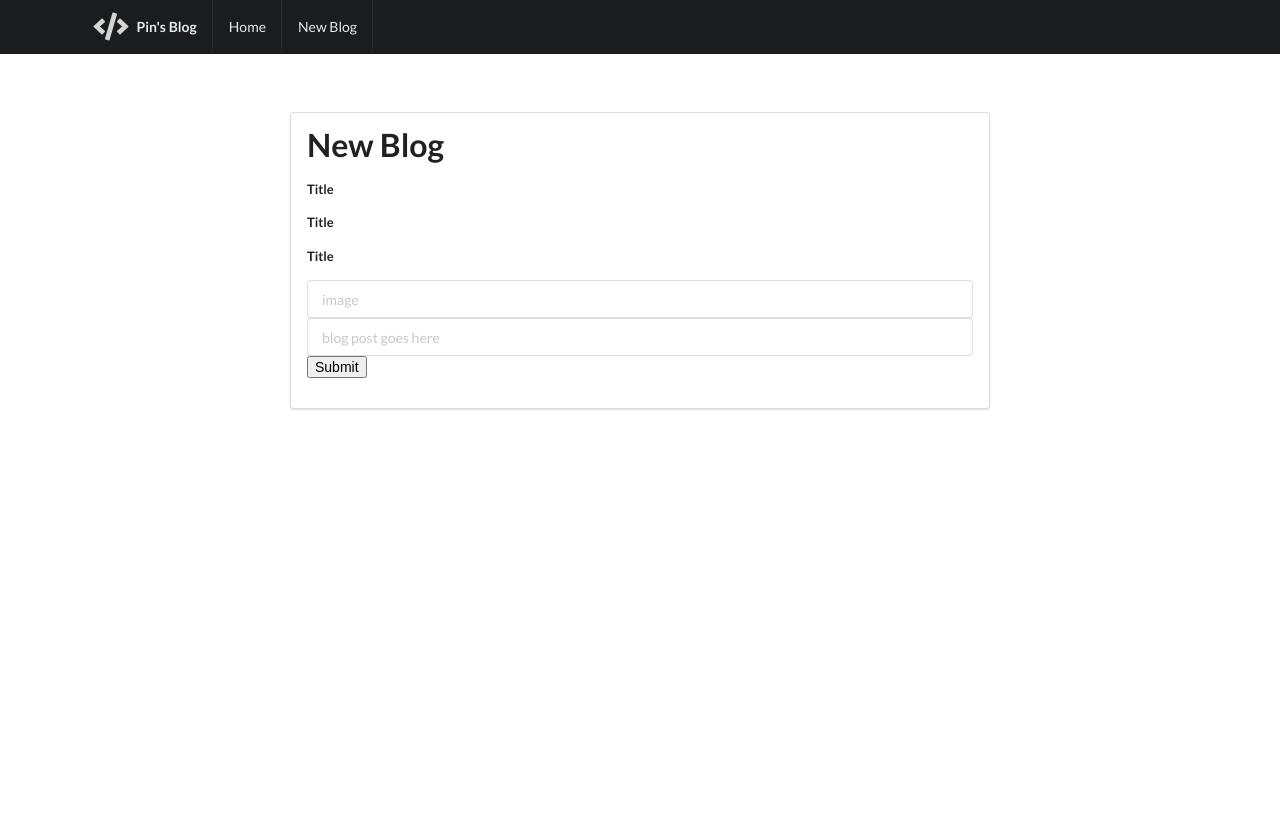
Repository: pichu0528/Web-Development
Page: http://localhost/blogs/new
The author's editor kept a record of every edit. The page is drawn from the files as they stood at one moment, then again after the next edit.
The browser window is 1280 px wide. The pictures show the whole page.
Some web libraries are served in a nearby version. The page is served by the project's Node server (RESTful Routing/RESTfulBlogApp/app.js).

Above is the page before.

### RESTful Routing/RESTfulBlogApp/views/new.ejs
<% include ./partials/header %>
<div class="ui main text container segment">
    <div class="ui huge header">New Blog</div>
    <form class="ui form" action="/blogs" method="POST">
        <div class="field">
            <label>Title</label>

        </div>
        <div class="field">
            <label>Title</label>

        </div>
        <div class="field">
            <label>Title</label>

        </div>

        <input type="text" name="blog[image]" placeholder="image">
        <input type="text" name="blog[body]" placeholder="blog post goes here">
        <input type="submit">
    </form>
</div>
<% include ./partials/footer %>

### RESTful Routing/RESTfulBlogApp/views/partials/header.ejs
<html>
    <head>
        <title>Blog App</title>
        <link rel="stylesheet" type="text/css" href="https://cdnjs.cloudflare.com/ajax/libs/semantic-ui/2.1.4/semantic.min.css">
        <link rel="stylesheet" type="text/css" href="/stylesheets/app.css">
    </head>
    <body>
        <div class="ui fixed inverted menu">
            <div class="ui container">
                <div class="header item">
                    <i class="code icon"></i>Pin's Blog
                </div>
                <a href="/" class="item">Home</a>
                <a href="/blogs/new" class="item">New Blog</a>
            </div>
        </div>

### RESTful Routing/RESTfulBlogApp/app.js
var express        = require("express"),
    app            = express(),
    bodyParser     = require("body-parser"),
    mongoose       = require("mongoose"),
    methodOverride = require("method-override");

// APP CONFIG
mongoose.connect("mongodb://localhost:27017/restful_blog_app",{ useNewUrlParser: true });
app.set("view engine", "ejs");
app.use(express.static("public"));
app.use(bodyParser.urlencoded({extended: true}));
app.use(methodOverride("_method"));  //use it to override the put request because HTML form doesn't support the put request.

// MONGOOSE/MODEL CONFIG
// title, image, body, created
var blogSchema = new mongoose.Schema({
    title:   String,
    image:   String,
    body:    String,
    created: {type: Date, default: Date.now}
});
var Blog = mongoose.model("Blog", blogSchema);

// CREATE AN EXAMPLE BLOG
// Blog.create({
//     title: "Test Blog",
//     image: "https://s3.amazonaws.com/aws.astronomy.com/ASY/image/a1.jpg",
//     body: "This is a blog post!"
// });

// RESTFUL ROUTES
app.get("/", function(req,res){
    res.redirect("/blogs");
});

// INDEX ROUTE
app.get("/blogs", function(req,res){
    Blog.find({}, function(err,blogs){
       if(err){
           console.log(err);
       } else{
           res.render("index", {blogs: blogs});
       }
    });
});

// NEW ROUTE
app.get("/blogs/new", function(req,res){
    res.render("new");
});
// CREATE ROUTE
app.post("/blogs", function(req,res){
    // create blog
    Blog.create(req.body.blog, function(err, newBlog){
        if(err){
            res.render("new");
        }else{
            // then, redirect to the index
            res.redirect("/blogs");
        }
    });
});

// SHOW ROUTE
app.get("/blogs/:id", function(req,res){
    Blog.findById(req.params.id,function(err,foundBlog){
        if(err){
            res.redirect("/blogs");
        }else{
            res.render("show",{ blog: foundBlog });
        }
    });
});

// EDIT ROUTE
app.get("/blogs/:id/edit", function(req,res){
    Blog.findById(req.params.id, function(err,foundBlog){
       if(err){
           res.redirect("/blogs");
       } else{
           res.render("edit", { blog: foundBlog });
       }
    });
});

// UPDATE ROUTE
app.put("/blogs/:id", function(req,res){
    //res.render("");
    //res.send("update route");
    Blog.findByIdAndUpdate(req.params.id, req.body.blog, function(err,updatedBlog){
        if(err){
            res.redirect("/blogs");
        }else{
            res.redirect("/blogs/" + req.params.id);
        }
    });
});

// DELETE ROUTE
app.delete("/blogs/:id", function(req,res){
   res.send("DESTROYYYYY");
   // destroy blog
   Blog.findByIdAndRemove(req.params.id, function(err){
       if(err){
           res.redirect("/blogs");
       }else{
           res.redirect("/blogs");
       }
   });
   // redirect somewhere
});

app.listen(process.env.PORT, process.env.IP, function(){
    console.log("Server is running!");
});

### RESTful Routing/RESTfulBlogApp/public/stylesheets/app.css
i.icon{
    font-size:2em;
}
.main.container{
    margin-top:7em;
}

Loaded but not shown: RESTful Routing/RESTfulBlogApp/views/partials/footer.ejs (common file)

After the next edit:
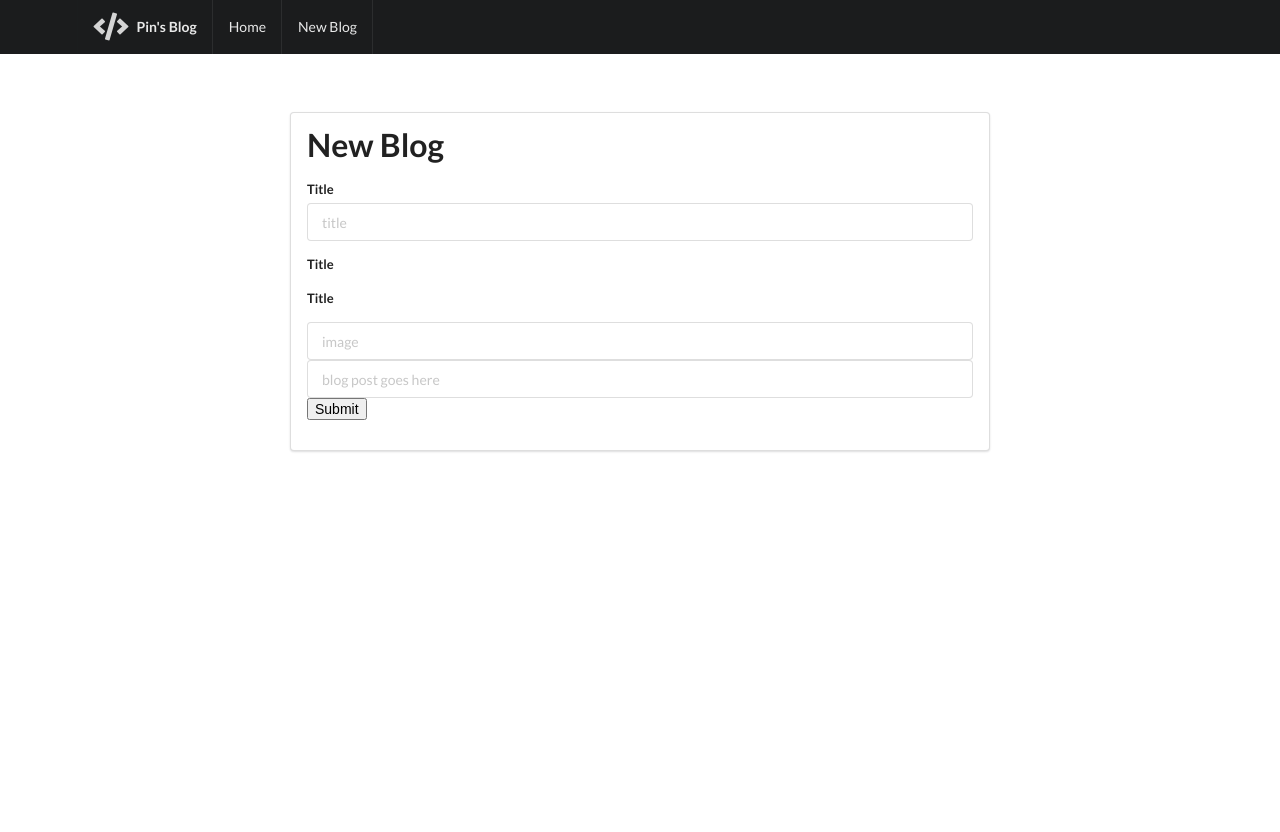
The edit:
--- a/RESTful Routing/RESTfulBlogApp/views/new.ejs
+++ b/RESTful Routing/RESTfulBlogApp/views/new.ejs
@@ -4,7 +4,7 @@
     <form class="ui form" action="/blogs" method="POST">
         <div class="field">
             <label>Title</label>
-
+            <input type="text" name="blog[title]" placeholder="title">
         </div>
         <div class="field">
             <label>Title</label>
